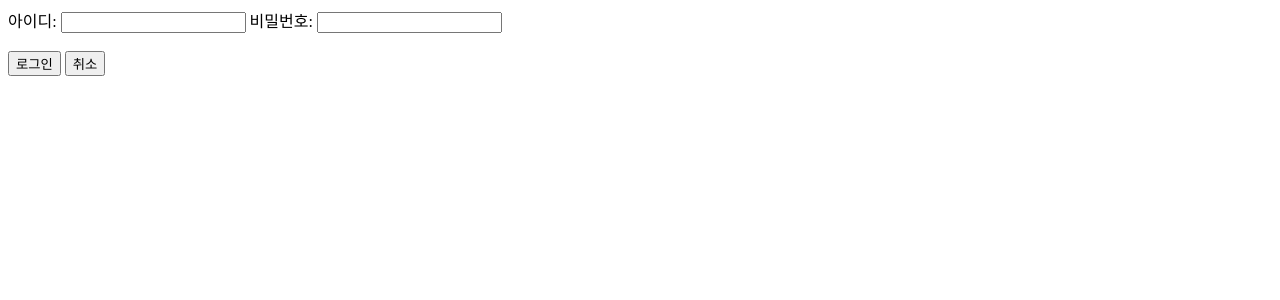
Repository: jpg723/Assignment
Page: http://localhost/final_20200997/final_1/login_main.jsp
An editor plug-in stored every save of this project. The page is shown before and after the next save, followed by the edit.
The browser window is 1280 px wide. The pictures show the whole page.
The page is served by Tomcat 9. Other server files are loaded and not shown.

Above is the page before, as saved 2021-12-20 10:49:09.

### 웹프로그래밍/final_20200997/src/main/webapp/final_1/login_main.jsp
<%@ page language="java" contentType="text/html; charset=UTF-8"
    pageEncoding="UTF-8"%>
<!DOCTYPE html>
<html>
<head>
<meta charset="UTF-8">
<title>Practice/기말고사</title>
</head>
<body>
<%
	String username = (String)session.getAttribute("username");

	if(username != null)
		out.println("<form action='session_02.jsp'>");
		session.setAttribute("username", username);
%>
<div>
	<form name="fomr1" method="POST" action="login.jsp">
		아이디: <input type="text" name="username">
		비밀번호: <input type="password" name="uwerpw"><br><br>
		<input type="submit" value="로그인"> <input type="button" value="취소">
	</form>
</div>
</body>
</html>

After the next save:
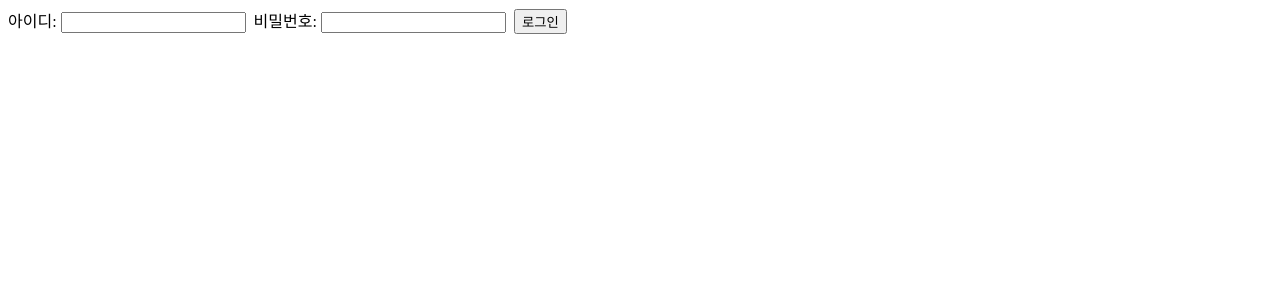
Saved 3 min 49 s later.
--- a/웹프로그래밍/final_20200997/src/main/webapp/final_1/login_main.jsp
+++ b/웹프로그래밍/final_20200997/src/main/webapp/final_1/login_main.jsp
@@ -16,9 +16,9 @@
 %>
 <div>
 	<form name="fomr1" method="POST" action="login.jsp">
-		아이디: <input type="text" name="username">
-		비밀번호: <input type="password" name="uwerpw"><br><br>
-		<input type="submit" value="로그인"> <input type="button" value="취소">
+		아이디: <input type="text" name="username">&nbsp;
+		비밀번호: <input type="password" name="uwerpw">&nbsp;
+		<input type="submit" value="로그인">
 	</form>
 </div>
 </body>
